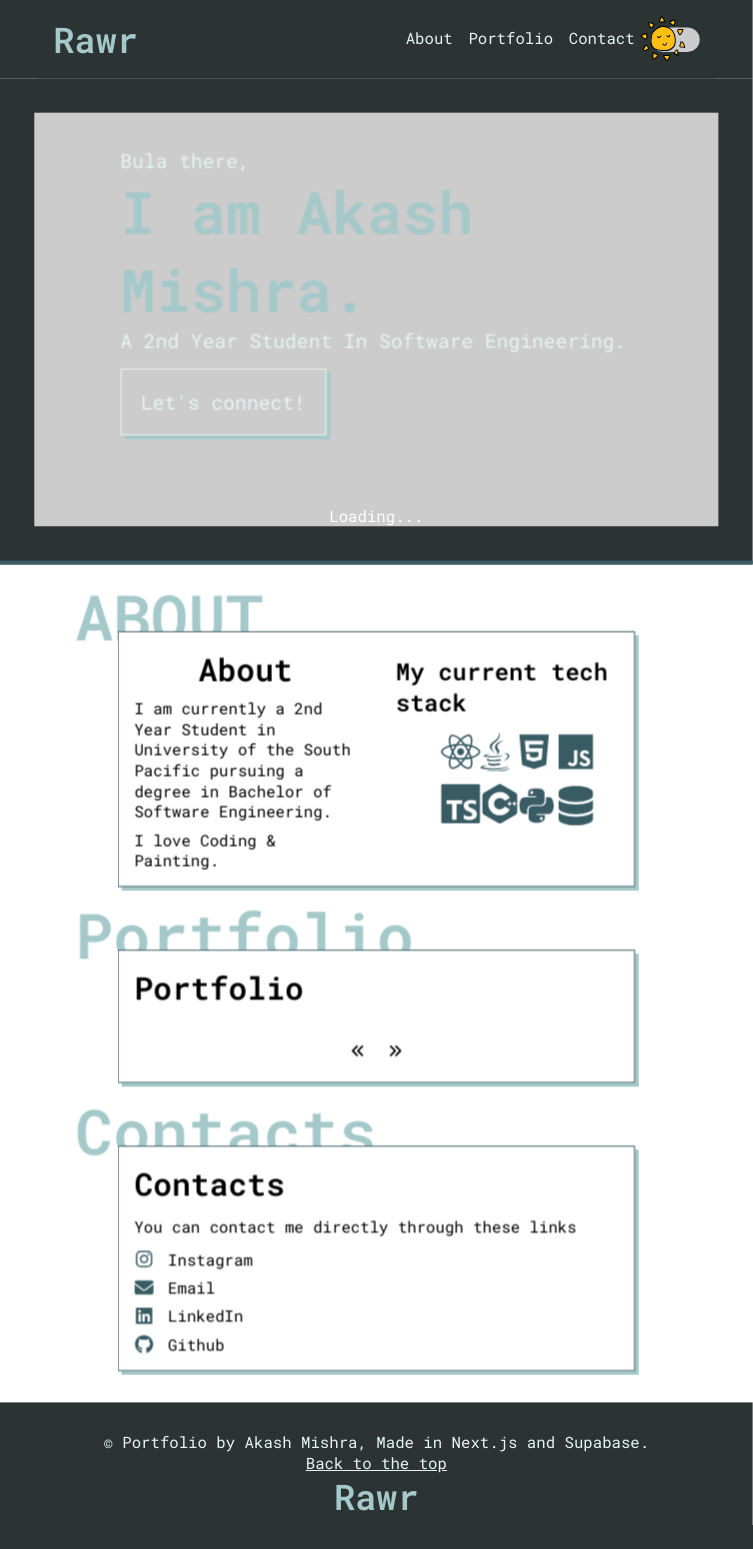
Repository: akashrawr/personal-portfolio
Page: /
The author's editor kept a copy of each file at every save. The page is drawn from the files as they stood at one save, then again after the next save.
The browser window is 768 px wide. The pictures show the whole page, at 98% of full size.
The page's requests for data from a server got no answer. The project was rebuilt for these pictures with package versions that can differ from the ones it lists, and the page was loaded fresh each time. The framework's server and built-in components were replaced by stand-ins that run in the browser. No one was signed in, and anything a server would have sent is missing. Also part of the build but not shown: next.config.ts.

Above is the page before, as saved 2025-01-03 20:45:31.

### app/layout.tsx
import type { Metadata } from "next";
import { Geist, Geist_Mono } from "next/font/google";
import "./globals.css";

const geistSans = Geist({
  variable: "--font-geist-sans",
  subsets: ["latin"],
});

const geistMono = Geist_Mono({
  variable: "--font-geist-mono",
  subsets: ["latin"],
});

export const metadata: Metadata = {
  title: "akashrawr",
  description: "Personal Portfolio",
};

export default function RootLayout({
  children,
}: Readonly<{
  children: React.ReactNode;
}>) {
  return (
    <html lang="en" translate="no"> {/* Prevent translation of the entire page */}
      <head>
        <meta charSet="UTF-8" />
        <meta httpEquiv="Content-Language" content="en" /> {/* Explicitly set content language */}
        <meta name="google" content="notranslate" /> {/* Inform Google to not translate */}
        <link rel="icon" href="/rawr.ico" type="image/x-icon" />
        <title>akashrawr</title>
        <meta name="description" content="My Personal Portfolio" />
      </head>
      <body className={`${geistSans.variable} ${geistMono.variable} antialiased`}>
        <div className="notranslate">
          {children}
        </div>
      </body>
    </html>
  );
}

### app/page.tsx
"use client"; // Enables client-side functionality
import React, { useState, useEffect } from "react";
import AOS from "aos";
import "aos/dist/aos.css";
import "./globals.css"; // Import global styles

// Import components
import Header from "./components/Header";
import Hero from "./components/Hero";
import About from "./components/About";
import Portfolio from "./components/Portfolio";
import Contact from "./components/Contact";
import Footer from "./components/Footer";

const Page: React.FC = () => {
  useEffect(() => {
    AOS.init({ once: true, delay: 0 });
  }, []);

  const [isNavVisible, setIsNavVisible] = useState(false);
  const [darkMode, setDarkMode] = useState(false);

  const toggleNav = () => {
    setIsNavVisible(!isNavVisible);
  };

  const toggleDarkMode = () => {
    setDarkMode(!darkMode);
    document.body.classList.toggle("dark-mode", !darkMode);
  };

  return (
    <div>
      <Header
        isNavVisible={isNavVisible}
        toggleNav={toggleNav}
        darkMode={darkMode}
        toggleDarkMode={toggleDarkMode}
      />
      <main>
        <Hero />
        <About />
        <Portfolio />
        <Contact />
      </main>
      <Footer />
    </div>
  );
};

export default Page;

### app/globals.css
@import url("https://fonts.googleapis.com/css2?family=Roboto+Mono:wght@300;400;600&display=swap");

:root {
  --primary-color: #2c3333;
  --secondary-color: #395b64;
  --accent-1: #a5c9ca;
  --accent-2: #e7f6f2;
  --neutral-1: black;
  --neutral-2: white;
  --neutral-3: white;
  --neutral-4: black;
  --icon-1: #395b64;

  --dark-primary-color: #121212;
  --dark-secondary-color: #1f1f1f;
  --dark-accent-1: #6c757d;
  --dark-accent-2: #adb5bd;
  --dark-neutral-1: #ffffff;
  --dark-neutral-2: #121212;
  --dark-neutral-3:#1f1f1f;
  --dark-neutral-4: #938f8f;
  --dark-icon-1: #938f8f;

}

*,
*::after,
*::before {
  margin: 0;
  padding: 0;
  font-family: "Roboto Mono", monospace;
  box-sizing: border-box;


}

html {
  scroll-behavior: smooth;
}

body {
  overflow-x: hidden;
  background-color: var(--neutral-3);
  color: var(--neutral-1);
  font-family: "Roboto Mono", monospace;
}

body.dark-mode {
  --primary-color: var(--dark-primary-color);
  --secondary-color: var(--dark-secondary-color);
  --accent-1: var(--dark-accent-1);
  --accent-2: var(--dark-accent-2);
  --neutral-1: var(--dark-neutral-1);
  --neutral-2: var(--dark-neutral-2);
  --neutral-3: var(--dark-neutral-3);
  --neutral-4: var(--dark-neutral-4);
  --icon-1:var(--dark-icon-1);
}


/* Navbar styles */

header {
  display: flex;
  align-items: center;
  justify-content: center;

  max-width: 100vw;
  background-color: var(--primary-color);
}

a {
  font-size: 14px;
  text-decoration: none;
}

h1 {
  font-family: "Roboto Mono", monospace;
}

.navbar-nav {
  display: flex;
  align-items: center;
  justify-content: space-between;
  background-color: var(--primary-color);
  padding: 1rem;
  width: 90%;
}

.nav-logo {
  grid-column: 1;
}

.nav-logo > h1 {
  font-size: 30px;
  color: var(--accent-1);
}

.primary-nav {
  display: flex;
  list-style: none;
  gap: 16px;

  grid-column: 2;
  justify-self: end;
}

.mobile-nav-toggle {
  display: none;
  cursor: pointer;
}

.nav-link:link,
.nav-link:visited {
  font-size: 16px;
  color: var(--accent-2);

  transition: 300ms ease-in-out;
}

.nav-link:hover {
  font-weight: 600;
  color: var(--accent-1);
}

.user-icon {
  width: 24px;
  height: 24px;
  fill: var(--accent-1);
  transition: fill 0.3s ease;
}

.user-icon:hover {
  fill: var(--accent-1);
}

/* Dark mode toggle button */
.theme-toggle {
  background: none;
  border: none;
  cursor: pointer;
  padding: 8px;
  display: flex;
  align-items: center;
}

.nav-icons {
  --size: 30px;
  width: var(--size);
  aspect-ratio: 1;
  cursor: pointer;
}



@media only screen and (max-width: 35em) {
  .primary-nav {
    position: fixed;
    top: 0;
    right: 0;
    bottom: 0;
    width: 125px;

    flex-direction: column;
    padding: min(15vh, 3rem) 1rem;
    background-color: var(--primary-color);
    border-left: 2px solid rgb(111, 111, 111); /* Add this line for the left border */

    z-index: 9999;

    transform: translateX(100%);
    transition: transform 350ms ease-out;
  }


  .nav-link:link,
  .nav-link:visited {
    font-size: 15px;
    color: var(--accent-1);
  }

  .primary-nav[data-visible="true"] {
    transform: translateX(0%);
  }

  .mobile-nav-toggle[aria-expanded="true"] {
    background: url('data:[embedded picture, 416 characters]') center center no-repeat;
  }

  .mobile-nav-toggle {
    display: block;
    position: absolute;
    background: url('data:[embedded picture, 417 characters]') center center no-repeat;

    width: 1.25rem;
    aspect-ratio: 1;

    border: none;

    top: 1.4rem;
    right: 2.5rem;
    z-index: 10000;

    transition: 250ms ease-in-out;
  }
}

/* Section styles */

section {
  display: flex;
  align-items: center;
  justify-content: center;

  max-width: 100vw;
  position: relative;
}

/* HERO SECTION */
#hero {
  background-color: var(--primary-color);
  border-bottom: 4px solid var(--icon-1);
  padding: 2.2rem;
}

/* Main container for text and image */
.hero-main-container {
  display: flex;
  flex-wrap: wrap;
  align-items: center;
  justify-content: space-between;
  gap: 16px;
}

/* Text Container */
.hero-container {
  flex: 1;
  display: flex;
  flex-direction: column;
  gap: 16px;
  padding: 2.2rem;
  width: 90%;
  height: 350px;
  animation: fade-in 500ms linear forwards;
}

.hero-text-container > h2 {
  font-size: 28px;
  color: var(--accent-1);
}

.hero-text-container > p {
  font-size: 12px;
  color: var(--accent-2);
}

.hero-button {
  align-self: flex-start;

  font-size: 14px;
  padding: 1em;

  color: var(--accent-2);
  background-color: transparent;

  border: 1px solid var(--accent-2);
  box-shadow: 4px 4px 0px var(--accent-1);

  transition: 300ms ease-in-out;
}

.hero-button:hover {
  background-color: var(--accent-2);
  color: var(--primary-color);
  box-shadow: 6px 6px 0px var(--secondary-color);
}

/* Image Container */
.hero-img {
  flex: 1;
  display: flex;
  justify-content: center;
  align-items: center;
}

.hero-image {
  max-width: 50%;
  height: auto;
  border-radius: 10px;
  box-shadow: 0 4px 8px rgba(0, 0, 0, 0.1);
  border: 1px solid var(--secondary-color);
  background-color: var(--neutral-2);
  box-shadow: 4px 4px 0px var(--accent-1);
}

.hero-img p{
color:white;
}


/* Responsive Styles */
@media screen and (max-width: 768px) {
  .hero-main-container {
    flex-direction: column;
    background-color:#ccc;
    padding: 0;
    width: 100%;
    margin: 0 auto; /* Optional: Center the container */
  }
  .hero-img {
    margin-top: 20px;
  }
  .hero-container, .hero-image {
    max-width: 85%;
    height: auto;
  }
  .hero-text-container {
    text-align: left;
    background-color:#ccc;
  }


}
.hero-text-container > h2 {
  font-size: 28px;
  color: var(--accent-1);
}
.hero-text-container > p {
  font-size: 12px;
}
.project-card > h3 {
  font-size: 12px;
  color: var(--secondary-color);
}

/* ABOUT */

#about {
  padding: 2rem;
  margin-top: 36px;
  animation: fade-in 500ms linear forwards;

}

.wave-asset {
  width: 100%;
  position: absolute;

  top: 0;
  left: 0;
}

.about-container {
  display: flex;
  align-items: center;
  justify-content: center;
  background-color: var(--neutral-2);
  width: 90%;
  z-index: 999;
}

.about-card,
.portfolio-card,
.contact-card {
  display: flex;
  flex-direction: column;
  gap: 16px;
  border: 1px solid var(--secondary-color);
  background-color: var(--neutral-2);

  width: 100%;
  padding: 1rem;

  box-shadow: 4px 4px 0px var(--accent-1);
}

.about-content,
.portfolio-content {
  width: 100%;
  display: flex;
  flex-direction: column;
  gap: 8px;
}

.about-content > h2,
.about-content > h3 {
  color: var(--neutral-4);
}

.about-content > p {
  font-size: 12px;
  color: var(--neutral-4);
}

.tech-stack-grid {
  width: 65%;
  display: grid;
  grid-template-columns: repeat(4, 1fr);
  place-items: center;
}

.tech-stack {
  --size: 30px;
  width: var(--size);
  aspect-ratio: 1;
}

/* Portfolio container */

#portfolio {
  padding: 2rem;
  animation: fade-in 500ms linear forwards;
}

.portfolio-container {
  width: 90%;
  z-index: 999;
}

.project-container {
  display: grid;
  grid-template-columns: repeat(2, 1fr);
  gap: 16px;
}

.portfolio-content > h2 {
  color: var(--neutral-4);
}

.project-card {
  display: flex;
  flex-direction: column;
  gap: 4px;

  padding: 1rem;
  border-radius: 8px;
  border: 1px solid var(--accent-1);
}

.project-card > h3 {
  color: var(--neutral-4);
}

.project-card > h5 {
  color: var(--neutral-4);
  opacity: 0.5;
}

.project-card > p {
  font-size: 12px;
  width: 100%;
  display: -webkit-box;
  -webkit-box-orient: vertical;
  -webkit-line-clamp: 3;
  overflow: hidden;
  color: var(--neutral-4);
}

.project-img {
  width: 100%;
  aspect-ratio: 16/9;
}

.project-card-links {
  align-self: flex-end;

  margin-top: 10px;
  display: flex;
  align-items: center;
  gap: 12px;
}

.project-icons {
  --size: 20px;
  width: var(--size);
  aspect-ratio: 1;
}

.project-card-links > a {
  display: flex;
  align-items: center;
  color: var(--neutral-4);
  font-size: 10px;
  gap: 4px;
}

.project-card-links > a:link,
.project-card-links > a:visited {

  color: var(--neutral-4);
}

.project-card-links > a:hover {
  font-weight: 600;
  color: var(--accent-1);
}

/* CONTACT */
#contact {
  padding: 2rem;
  animation: fade-in 500ms linear forwards;
}

.contact-container {
  width: 90%;
  z-index: 999;
}

.contact-card {
  width: 100%;
  gap: 12px;
}
.contact-card > h2 {
    color: var(--neutral-4);
}

.contact-card > p {
  font-size: 12px;
  color: var(--neutral-4);
}

.contact-links {
  display: flex;
  flex-direction: column;
  gap: 8px;
}

.contact-links > a {
  display: flex;
  align-items: center;
  gap: 8px;
}

.contact-links > a:link,
.contact-links > a:visited {
  color: var(--neutral-4);
}

.contact-links > a:hover {
  font-weight: 600;
  color: var(--accent-1);
}
.contact-icons {
  --size: 20px;
  width: var(--size);
  aspect-ratio: 1;
}

/* extras */
.section-highlight {
  font-size: 4rem;
  font-weight: 600;
  opacity: 0.5;
  color: var(--accent-1);

  position: absolute;
  top: 0;
  left: 100px;
}

/* footer */
footer {
  display: flex;
  align-items: center;
  justify-content: center;
  color: var(--accent-2);
  max-width: 100vw;
  background-color: var(--primary-color);
  min-height: 150px;
}

.footer-content {
  text-align: center;
  font-size: 12px;
  width: 90%;

  color: var(--accent-2);
}

.footer-content > p {
  text-decoration: underline;
}

.footer-content > a {
  text-decoration: underline;
}

.footer-content > a:link,
.footer-content > a:visited {
  color: var(--accent-2);
}

.footer-content > a:hover {
  color: var(--accent-1);
}
/* media queries */

@media only screen and (max-width: 35em) {
  .hero-container {
    padding: 1rem;
    height: 200px;
  }
  .project-container {
    grid-template-columns: 1fr;
  }
  .tech-stack-grid {
    width: 100%;
  }
  .section-highlight {
    font-size: 3.5rem;
    top: -16px;
    left: 6vw;
  }
}

@media only screen and (min-width: 35em) {
  .hero-container {
    height: 250px;
  }
  .about-container,
  .portfolio-container,
  .contact-container {
    width: 75%;
  }

  .about-card,
  .portfolio-card {
    align-items: center;
    justify-content: center;
    flex-direction: row;
    gap: 20px;
  }

  .section-highlight {
    top: -26px;
    left: 10vw;
  }
}

@media only screen and (min-width: 768px) {
  .nav-logo > h1 {
    font-size: 36px;
  }

  /* hero */
  .hero-container {
    height: 350px;
  }

  .hero-text-container > p {
    font-size: 20px;
  }

  .hero-text-container > h2 {
    font-size: 60px;
  }

  .hero-button {
    font-size: 20px;
  }

  /* about */
  .about-card {
    gap: 40px;
  }

  .about-content > h2 {
    font-size: 32px;
  }

  .about-content > h3 {
    font-size: 24px;
  }

  .about-content > p {
    font-size: 16px;
  }

  .tech-stack-section {
    align-self: flex-start;
    margin-top: 8px;
  }

  .tech-stack {
    --size: 40px;
    width: var(--size);
    aspect-ratio: 1;
  }

  /* portfolio */
  .portfolio-content > h2 {
    font-size: 32px;
  }

  .project-card > h3 {
    font-size: 24px;
  }

  .project-card > h5,
  .project-card > p {
    font-size: 16px;
  }

  .project-card-links > a {
    font-size: 16px;
  }

  /* contacts */
  .contact-card > h2 {
    font-size: 32px;
  }

  .contact-card > p {
    font-size: 16px;
  }

  .contact-links > a {
    font-size: 16px;
  }
  .footer-content,
  .footer-content > a {
    font-size: 16px;
  }
}

@media only screen and (min-width: 1024px) {
  .section-highlight {
    top: -26px;
    left: 10vw;
  }
}

@keyframes fade-in {
  0% {
    opacity: 0;
  }
  100% {
    opacity: 1;
  }
}

/* Adjust specific sections as needed for React-specific behaviors */
.primary-nav.visible {
  transform: translateX(0%);
}

/* The switch - the box around the slider */
.switch {
  position: relative;
  display: inline-block;
  width: 50px;
  height: 25px;
}

/* Hide default HTML checkbox */
.switch input {
  opacity: 0;
  width: 0;
  height: 0;
}

/* The slider */
.slider {
  position: absolute;
  cursor: pointer;
  top: 0;
  left: 0;
  right: 0;
  bottom: 0;
  background-color: #ccc;
  -webkit-transition: .4s;
  transition: .4s;
  border-radius: 25px; /* Rounded edges for the slider */
  display: flex;

  align-items: center;
}

/* Adjust the icon size to 48x48 pixels */
.slider .icon {
  position: absolute;
  width: 48px;
  height: 48px;
  transition: .4s;
}

/* When the input is checked (dark mode is on) */
input:checked + .slider {
  background-color: #3e4346; /* Change background color on check */
}

input:focus + .slider {
  box-shadow: 0 0 1px #2196F3;
}

/* Move the icons when the input is checked (dark mode) */
input:checked + .slider .icon {
  transform: translateX(20px); /* Move the icon to the right */
}

/* Default state (light mode) */
input:not(:checked) + .slider .icon {
  transform: translateX(-15px) translateY(-2px); /* Icon remains in the default position */
  width: 52px; /* Further reduced icon size for very small screens */
  height: 52px; /* Further reduced icon size for very small screens */
}

.about-icon {
  color: var(--icon-1); /* Change to any shade of blue you prefer */
  font-size: 3rem; /* Adjust size as needed */
  margin: 0.5rem;
}

.project-icons {
  margin-right: 0.5rem; /* Space between icon and text */
  font-size: 1.5rem; /* Adjust icon size */
  color: inherit; /* Match the color of the link */
}

.contact-icons {
  margin-right: 0.5rem; /* Space between icon and text */
  font-size: 1.5rem; /* Adjust icon size */
  color: var(--icon-1);
}

/* Responsive Adjustments */
@media (max-width: 768px) {
  .about-icon {
    font-size: 2.5rem; /* Slightly smaller on smaller devices */
    margin: 0.4rem;
  }

  .project-icons {
    font-size: 1.2rem; /* Smaller icon size on smaller screens */
    margin-right: 0.4rem;
  }

  .contact-icons {
    font-size: 1.2rem; /* Smaller icon size on smaller screens */
    margin-right: 0.4rem;
  }
}

@media (max-width: 480px) {
  .about-icon {
    font-size: 2rem; /* Even smaller on very small devices */
    margin: 0.3rem;
  }

  .project-icons {
    font-size: 1rem; /* Further reduced icon size for very small screens */
    margin-right: 0.3rem;
  }

  .contact-icons {
    font-size: 1rem; /* Further reduced icon size for very small screens */
    margin-right: 0.3rem;
  }
}

.pagination {
  display: flex;
  justify-content: center;
  align-items: center;
  margin-top: 1rem;
}

.pagination a {
  color: var(--neutral-4);
  padding: 8px 16px;
  text-decoration: none;
}

.pagination a.active {
  background-color: #395b64;
  color: white;
}

.pagination a:disabled {
  color: grey;
  pointer-events: none;
}

/* Responsive Adjustments */
@media (max-width: 768px) {
  .pagination a {
    padding: 6px 12px; /* Smaller padding for smaller screens */
    font-size: 0.9rem; /* Slightly smaller font size */
  }

  .pagination {
    margin-top: 0.75rem; /* Adjust margin top for smaller screens */
  }
}

@media (max-width: 480px) {
  .pagination a {
    padding: 4px 8px; /* Even smaller padding for very small screens */
    font-size: 0.8rem; /* Smaller font size for very small screens */
  }

  .pagination {
    margin-top: 0.5rem; /* Adjust margin top for very small screens */
  }
}

### app/components/Hero.tsx
import React, { useEffect, useState } from 'react';
import supabase from '../utils/supabaseClient';  // Adjust path if in 'utils'
import Image from 'next/image';  // Import Image from next/image

function Hero() {
  const [heroImage, setHeroImage] = useState<string | null>(null);

  useEffect(() => {
    const fetchHeroImage = async () => {
      const { data, error } = await supabase
        .from('hero')  // Table name is 'hero'
        .select('image_path')        // Only selecting 'image_path' column
        .limit(1);                   // Limiting to only one result (first row)

      if (error) {
        console.error('Error fetching hero image:', error);
      } else {
        setHeroImage(data?.[0]?.image_path || null);
      }
    };

    fetchHeroImage();
  }, [supabase]); // Including 'supabase' as a dependency

  return (
    <section id="hero">
      <div className="hero-main-container">
        {/* Text and Button Container */}
        <div className="hero-container">
          <div className="hero-text-container" data-aos="fade-up">
            <p>Bula there,</p>
            <h2>I am Akash Mishra.</h2>
            <p>A 2nd Year Student In Software Engineering.</p>
          </div>
          <a href="#contact" className="hero-button" data-aos="fade-up">
            Let&apos;s connect!
          </a>
        </div>

        {/* Image Container */}
        <div className="hero-img" data-aos="fade-up">
          {heroImage ? (
            <Image
              className="hero-image"
              src={heroImage}
              alt="Akash"
              layout="responsive"
              width={500}
              height={500}
            />
          ) : (
            <p>Loading...</p>
          )}
        </div>
      </div>
    </section>
  );
}

export default Hero;

### app/components/Contact.tsx
import React from "react";
import { FontAwesomeIcon } from "@fortawesome/react-fontawesome";
import { faInstagram, faGithub, faLinkedin } from "@fortawesome/free-brands-svg-icons";
import { faEnvelope } from "@fortawesome/free-solid-svg-icons";

const Contact: React.FC = () => {
  return (
    <section id="contact">
      <h2 className="section-highlight" data-aos="fade-up">
        Contacts
      </h2>
      <div className="contact-container" data-aos="fade-up">
        <div className="contact-card">
          <h2>Contacts</h2>
          <p>You can contact me directly through these links</p>

          <div className="contact-links">
            <a href="https://www.instagram.com/_acnologxa" className="contact-link">
              <FontAwesomeIcon icon={faInstagram} className="contact-icons" />
              Instagram
            </a>

            <a href="mailto:akashkm553@gmail.com" className="contact-link">
              <FontAwesomeIcon icon={faEnvelope} className="contact-icons" />
              Email
            </a>

            <a href="https://www.linkedin.com/in/akashmishra-rawr" className="contact-link">
              <FontAwesomeIcon icon={faLinkedin} className="contact-icons" />
              LinkedIn
            </a>

            <a href="https://github.com/akashrawr" className="contact-link">
              <FontAwesomeIcon icon={faGithub} className="contact-icons" />
              Github
            </a>
          </div>
        </div>
      </div>
    </section>
  );
};

export default Contact;

### app/components/Footer.tsx
import React from 'react';

const Footer: React.FC = () => {
  return (
    <footer>
      <div className="footer-content">
        © Portfolio by Akash Mishra, Made in Next.js and Supabase. <br />
        <a href="#hero">Back to the top</a>
        <div className="nav-logo">
          <h1>Rawr</h1>
        </div>
      </div>
    </footer>
  );
};

export default Footer;

### app/utils/supabaseClient.ts
import { createClient } from '@supabase/supabase-js';

// Fetch environment variables
const supabaseUrl = process.env.NEXT_PUBLIC_SUPABASE_URL || '';
const supabaseKey = process.env.NEXT_PUBLIC_SUPABASE_KEY || '';

// Initialize the Supabase client
const supabase = createClient(supabaseUrl, supabaseKey);

export default supabase;

Loaded but not shown: app/components/Header.tsx (89 lines, source omitted); app/components/Portfolio.tsx (139 lines, source omitted); app/components/About.tsx (59 lines, source omitted)

After the next save:
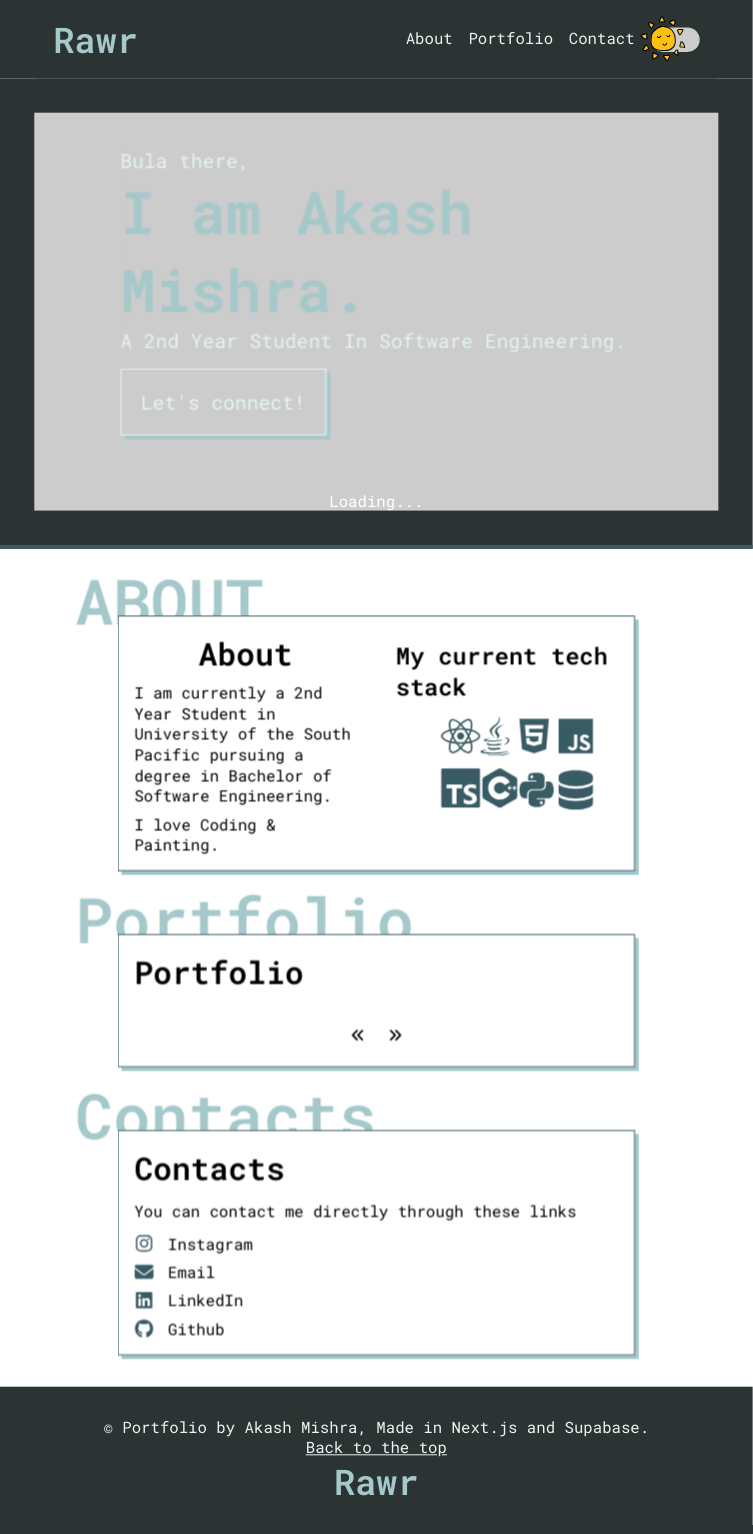
Saved 36 s later.
--- a/app/globals.css
+++ b/app/globals.css
@@ -305,6 +305,7 @@ color:white;
     background-color:#ccc;
     padding: 0;
     width: 100%;
+    gap: 0;
     margin: 0 auto; /* Optional: Center the container */
   }
   .hero-img {
